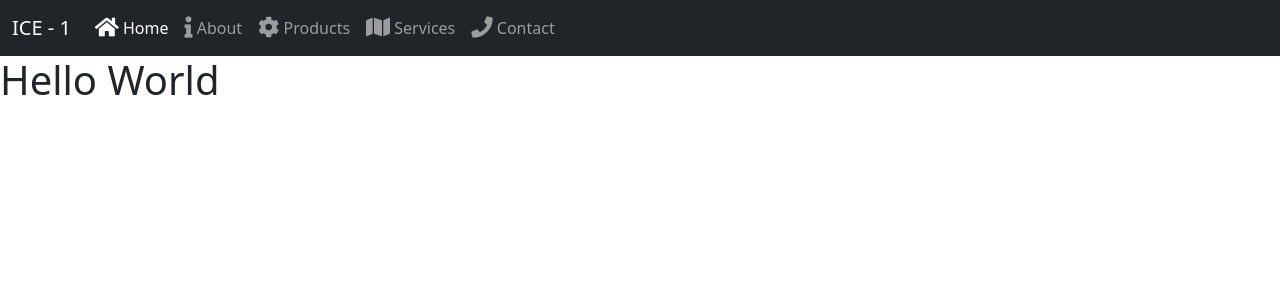
Repository: Sub4Sub/Ice-1
Page: index.html
The author's editor kept a copy of each file at every save. The page is drawn from the files as they stood at one save, then again after the next save.
The browser window is 1280 px wide. The pictures show the whole page.

Above is the page before, as saved 2021-01-20 18:25:01.

### index.html
<!DOCTYPE html>
<html lang="en">
<head>
  <meta charset="UTF-8">
  <meta name="viewport" content="width=device-width, initial-scale=1.0">
  <title>Webd6201-06 - Ice 1</title>
  <!-- CSS portion -->
  <link rel="stylesheet" href="./node_modules/bootstrap/dist/css/bootstrap.min.css">
  <link rel="stylesheet" href="./node_modules/@fortawesome//fontawesome-free/css/all.min.css">
  <link rel="stylesheet" href="./Content/app.css">

</head>
<body>
  <header>
    <nav class="navbar navbar-expand-lg navbar-dark bg-dark justify-content-end">
        <div class="container-fluid">
          <a class="navbar-brand" href="index.html">ICE - 1</a>
          <button class="navbar-toggler" type="button" data-bs-toggle="collapse" data-bs-target="#navbarSupportedContent" aria-controls="navbarSupportedContent" aria-expanded="false" aria-label="Toggle navigation">
            <span class="navbar-toggler-icon"></span>
          </button>
          <div class="collapse navbar-collapse" id="navbarSupportedContent">

            <ul class="navbar-nav">

              <li class="nav-item">
                <a id="home" class="nav-link active" aria-current="page" href="index.html"><i class="fas fa-home fa-lg"></i> Home</a>
              </li>

              <li class="nav-item">
                <a id="about" class="nav-link" href="about.html"><i class="fas fa-info fa-lg"></i> About</a>
              </li>

              <li class="nav-item">
                <a id="products" class="nav-link" href="products.html"><i class="fas fa-cog fa-lg"></i> Products</a>
              </li>

              <li class="nav-item">
                <a id="services" class="nav-link" href="services.html"><i class="fas fa-map fa-lg"></i> Services</a>
              </li>

              <li class="nav-item">
                <a id="contact" class="nav-link" href="contact.html"><i class="fas fa-phone fa-lg"></i> Contact</a>
              </li>

            </ul>
          </div>
        </div>
      </nav>
</header>
  <div>
    <h1>Hello World</h1>
  </div>
  <!-- Javascript portion -->

</body>
</html>

Loaded but not shown: node_modules/bootstrap/dist/css/bootstrap.min.css (library); node_modules/@fortawesome/fontawesome-free/css/all.min.css (library); Content/app.css (no stored copy; drawn as an empty file)

After the next save:
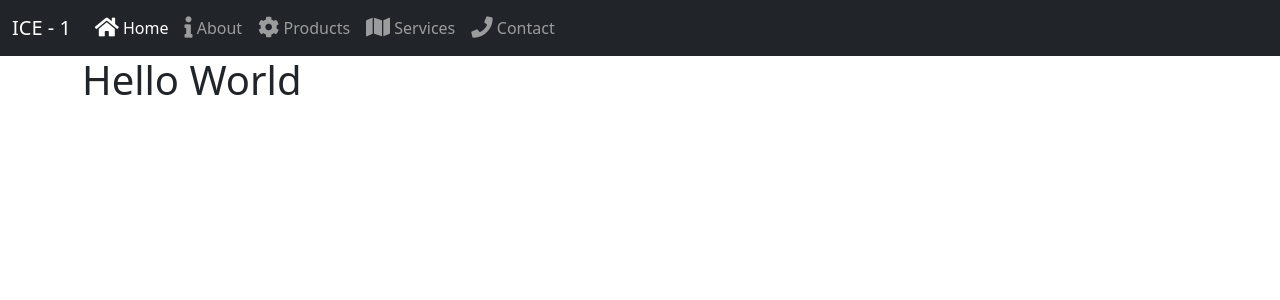
Saved 29 s later.
--- a/index.html
+++ b/index.html
@@ -47,9 +47,9 @@
         </div>
       </nav>
 </header>
-  <div>
+<main class="container">
     <h1>Hello World</h1>
-  </div>
+</main>
   <!-- Javascript portion -->
 
 </body>
